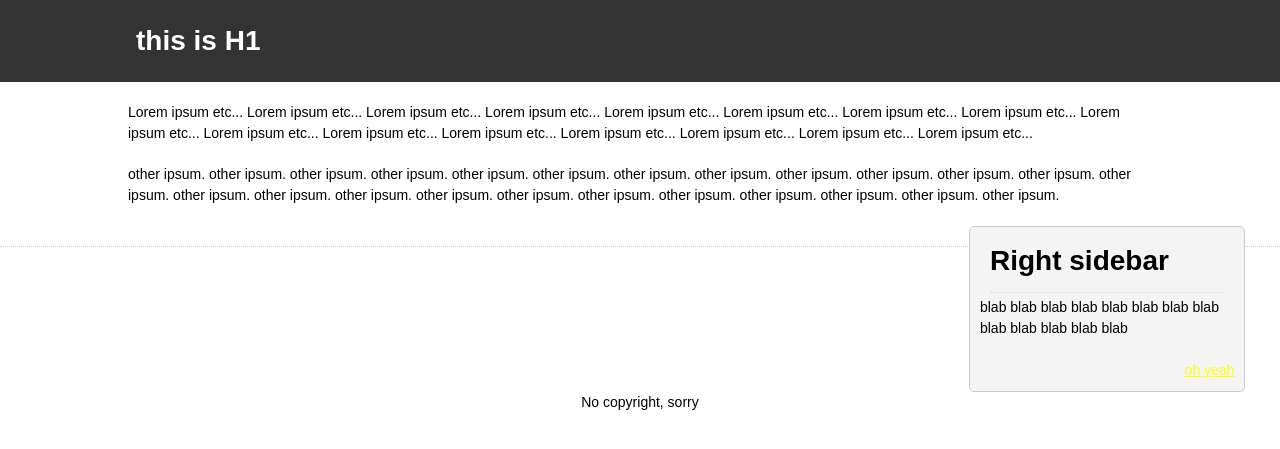
Repository: simonbcky/101
Page: Jadestuff/views/index.jade
The author's editor kept a record of every edit. The page is drawn from the files as they stood at one moment, then again after the next edit.
The browser window is 1280 px wide. The pictures show the whole page.
The page is served by the project's Node server (server.js). The template is opened directly, without the code that normally fills it, so the values that code supplies are empty.

Above is the page before.

### Jadestuff/views/index.jade
extends ./layout.jade
block content
    h1 #{title}
    p.
        Lorem ipsum etc... Lorem ipsum etc... Lorem ipsum etc... Lorem ipsum etc... Lorem ipsum etc... Lorem ipsum etc... Lorem ipsum etc... Lorem ipsum etc... Lorem ipsum etc... Lorem ipsum etc... Lorem ipsum etc... Lorem ipsum etc...
        Lorem ipsum etc... Lorem ipsum etc... Lorem ipsum etc... Lorem ipsum etc...
    p.
        other ipsum. other ipsum. other ipsum. other ipsum. other ipsum. other ipsum. other ipsum. other ipsum. other ipsum. other ipsum. other ipsum. other ipsum. other ipsum. other ipsum. other ipsum.
        other ipsum. other ipsum. other ipsum. other ipsum. other ipsum. other ipsum. other ipsum. other ipsum. other ipsum.
block sidebar
    .block
        h1 Right sidebar
        p
            blab blab blab blab blab blab blab blab blab blab blab blab blab blab
        br
        .readmore
            a(href="http://infoframe.hu") oh yeah

### Jadestuff/views/layout.jade
doctype html
html
    head
        title #{title} - Node.js with jade
        link(rel='stylesheet', href='/css/styles.css')
    body
        header
            .container
                h1 this is H1
        .container
            .main-content
                block content
        .sidebar
            .container
                block sidebar
        footer
            .container
                p No copyright, sorry

### server.js
var express = require('express');
var app = express();

app.get('/hello', function (req, res) {
  res.send('Hello World');
})

app.use('/', express.static(__dirname + "/client"));

app.get('/*', function (req, res) {
  res.send('no such thing dude');
})

//c9.io environment specific PORT
app.listen(process.env.PORT, function() {console.log("listening")});

### client/css/styles.css
/* clear everything out */

*{
    margin:0;
    padding:0;
}

body{
    line-height:1.5;
    font-family:Arial;
    font-size:14px;
    color:#000;
    background:#fff;
}

ul,li{
    list-style:none;
}

.container{
    width:80%;
    margin:auto;
    overflow:hidden;

}

header{
    padding:20px 10px;
    color:#fff;
    background:#333;
    margin-bottom:20px;

}


.main-content p{
    float:left;
    margin-bottom:20px;

}

.sidebar{
    float:right;
    width:27%;

}

.sidebar .block{
    border-radius:5px;
    border:1px solid #ccc;
    padding:0px 10px 10px 10px;
    background:#f4f4f4;
    overflow:hidden;

}

.sidebar .block h1{
    margin:13px 10px 4px;
    padding-bottom:10px;
    border-bottom:1px dotted #ddd;

}

.readmore{
    float:right;

}

.readmore a{
    color:yellow;

}

footer{
    border-top:1px dotted #ccc;
    padding-top:5px;
    text-align:center;
    margin-top:20px;

}


/*when browser is under 568px the following applies: */
@media(max-width:568px){
    header{
        text-align:center;
    }

    .main-content{
        float:none;
        width:100%;
        clear:both;
        text-align:center;
    }

    .sidebar{
        float:none;
        width:100%;
        clear:both;
        text-align:center;
    }

    .sidebar .block{
        margin:0;

    }
}

After the next edit:
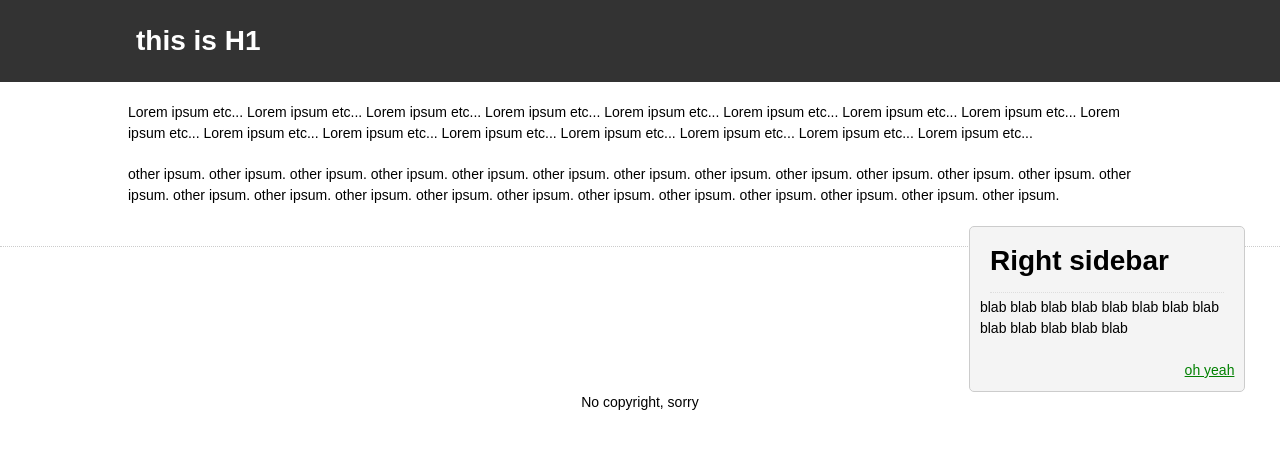
The edit:
--- a/client/css/styles.css
+++ b/client/css/styles.css
@@ -67,7 +67,7 @@
 }
 
 .readmore a{
-    color:yellow;
+    color:green;
 
 }
 
